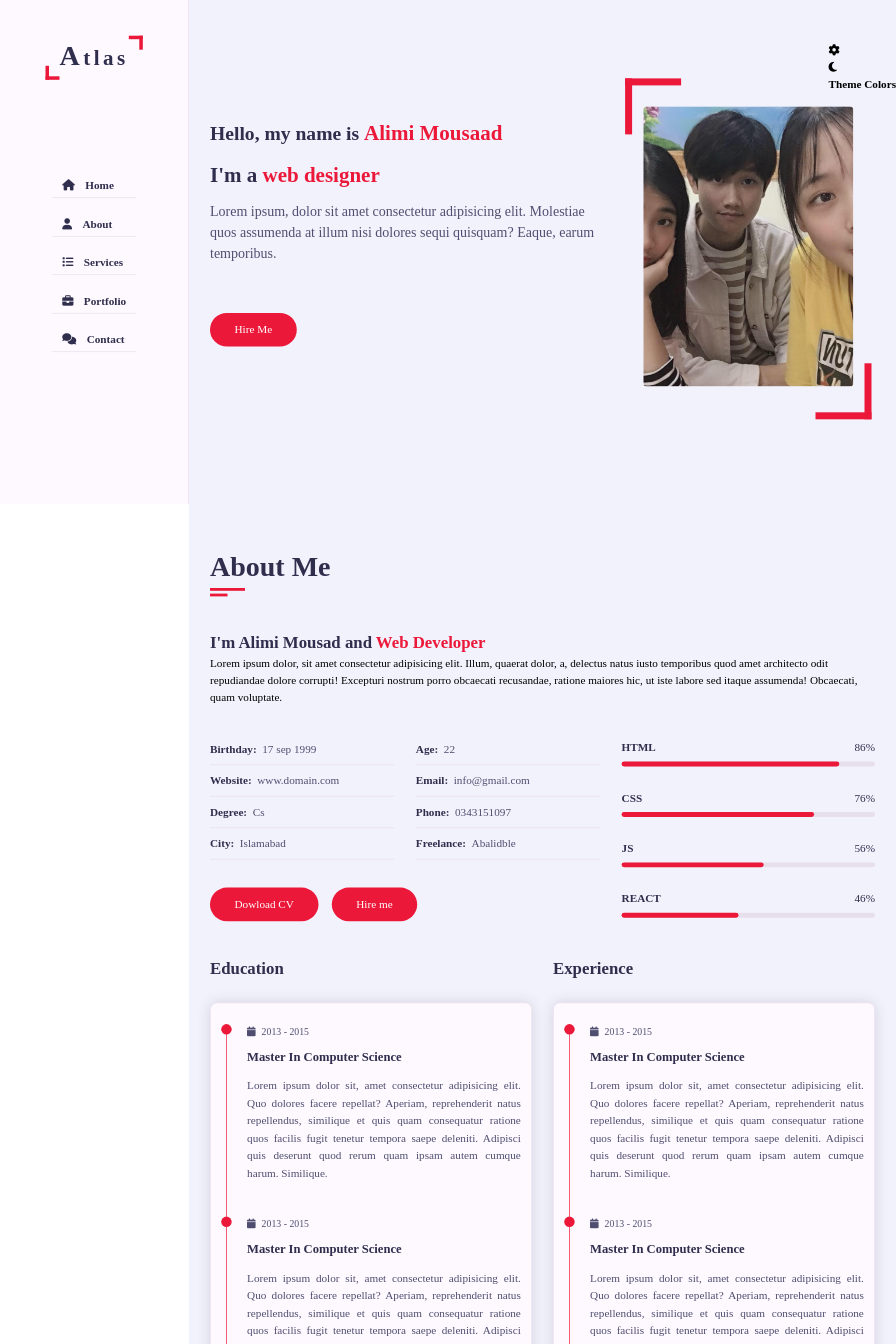
Repository: luanhoang0902/portfolio-ui
Page: index.html
The author's editor kept a copy of each file at every save. The page is drawn from the files as they stood at one save, then again after the next save.
The browser window is 1280 px wide. The pictures show the part of the page from y = 0 to 1920 px (the page is 4985 px tall), at 70% of full size.
Some web fonts or font styles are not loaded; a fallback is used. Some web libraries are served in a nearby version.

Above is the page before, as saved 2022-06-03 13:48:02.

After the next save:
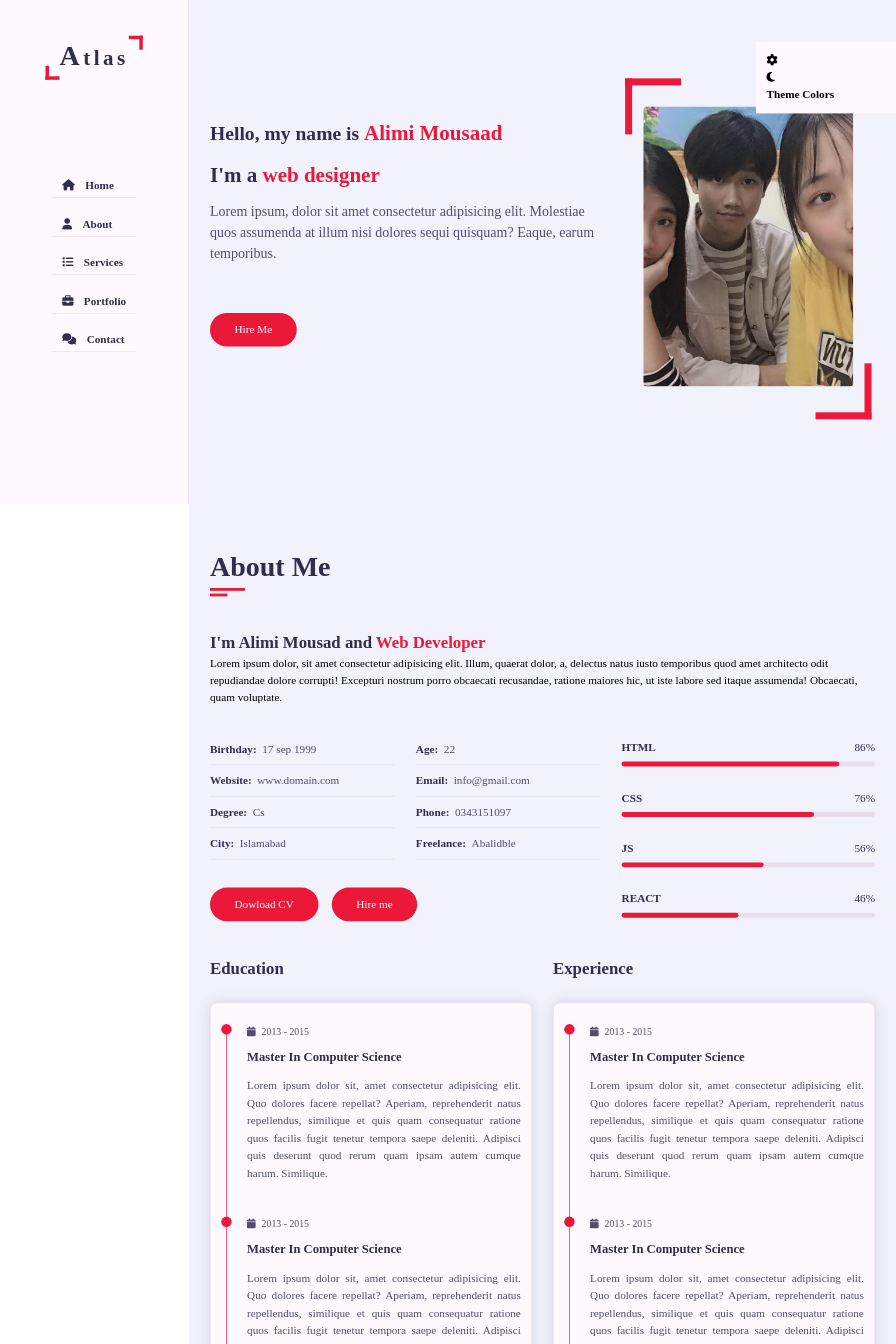
Saved 61 s later.
--- a/css/style-switcher.css
+++ b/css/style-switcher.css
@@ -3,4 +3,8 @@
     position: fixed;
     right: 0;
     top: 60px;
+    padding: 15px;
+    width: 200px;
+    border: 1px solid var(--bg-black-500);
+    background: var(--bg-black-100);
 }
